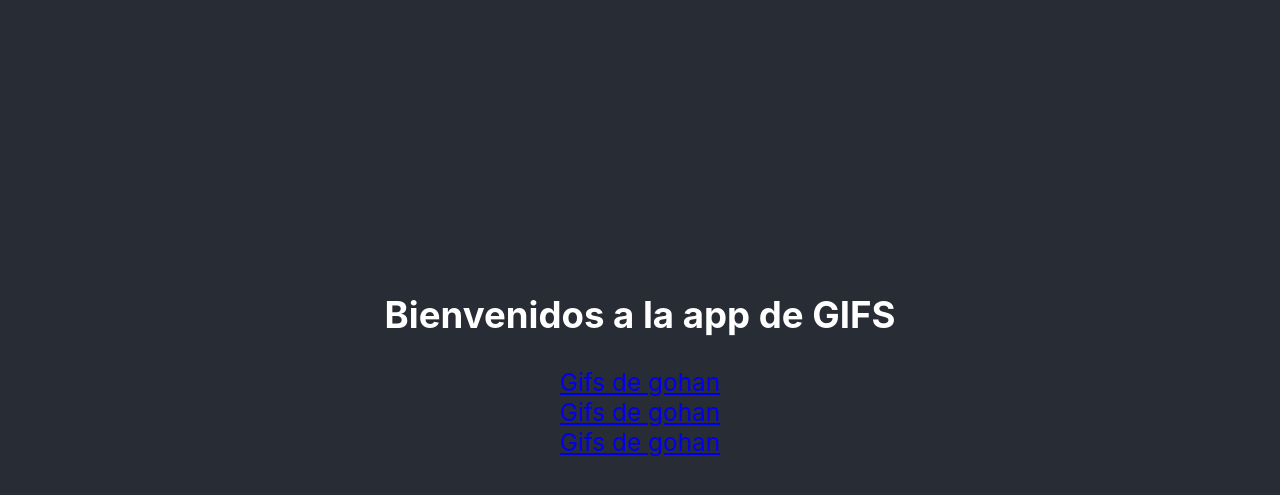
Repository: DamianBermudez94/buscador-gifs
Page: /
The author's editor kept a copy of each file at every save. The page is drawn from the files as they stood at one save, then again after the next save.
The browser window is 1280 px wide. The pictures show the whole page.
The project was rebuilt for these pictures with package versions that can differ from the ones it lists, and the page was loaded fresh each time. Also part of the build but not shown: src/component/gifs.css, src/component/gif.js, src/api/urlApi.js, src/component/ListOfGifs.js.

Above is the page before, as saved 2022-10-10 16:14:58.

After the next save:
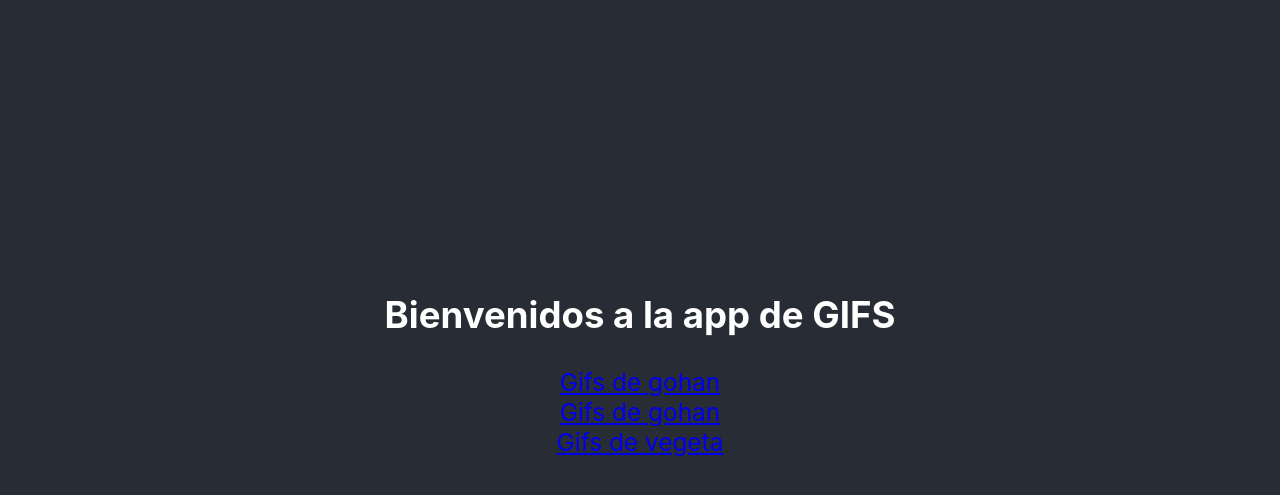
Saved 35 s later.
--- a/src/App.js
+++ b/src/App.js
@@ -12,7 +12,7 @@ export function App() {
 
           <Link to="/gif/gohan"> Gifs de gohan</Link>
           <Link to="/gif/frezzer"> Gifs de gohan</Link>
-          <Link to="/gif/picoro"> Gifs de gohan</Link>
+          <Link to="/gif/vegeta"> Gifs de vegeta</Link>
           <Route
             component={ListOfGifs}
             path="/gif/:keyword"/>
